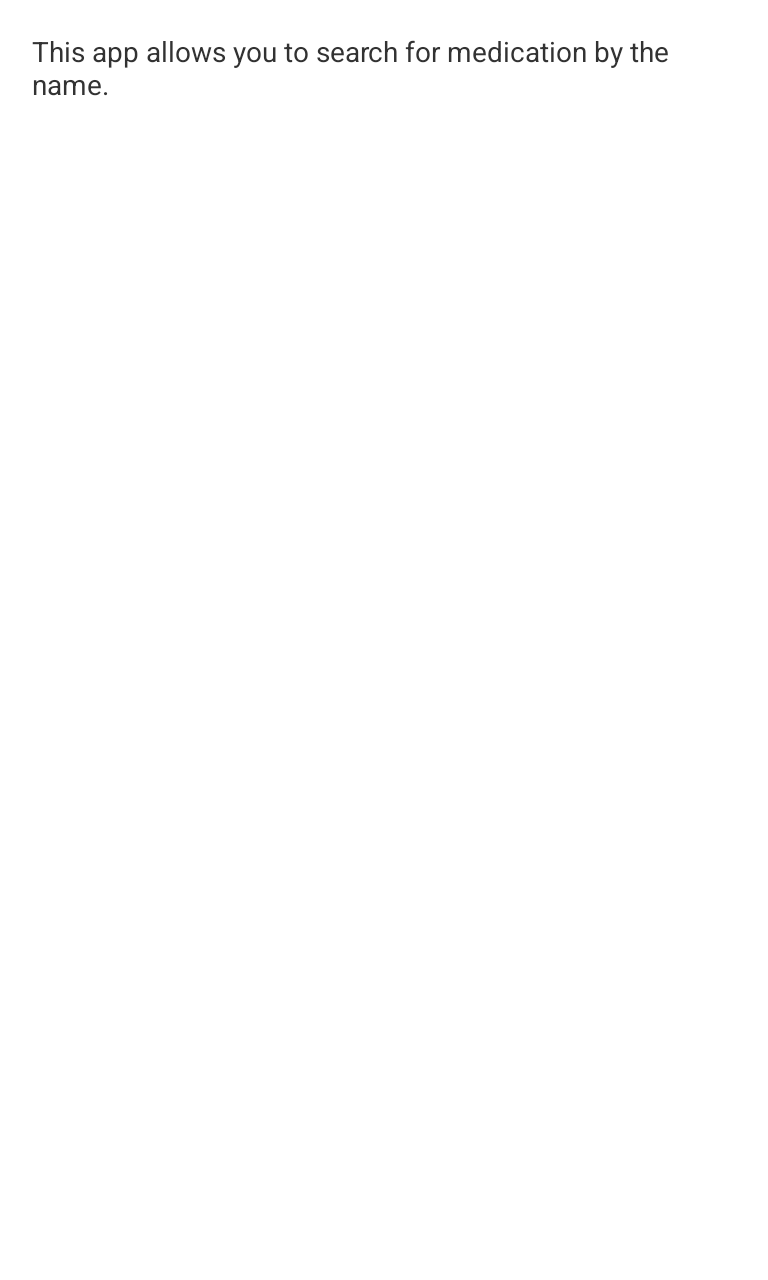
Repository: rosingrr/software-engineering
Layout: app/SympMeds/res/layout/activity_main.xml
An editor plug-in stored every save of this project. The layout is shown before and after the next save, followed by the edit.
It is drawn on a 768 x 1280 px phone screen (xhdpi) without system bars, with theme AppTheme; the app's code is not run.

Above is the layout before, as saved 2013-05-30 14:41:21.

### app/SympMeds/res/layout/activity_main.xml
<RelativeLayout xmlns:android="http://schemas.android.com/apk/res/android"
    xmlns:tools="http://schemas.android.com/tools"
    android:layout_width="match_parent"
    android:layout_height="match_parent"
    android:paddingBottom="@dimen/activity_vertical_margin"
    android:paddingLeft="@dimen/activity_horizontal_margin"
    android:paddingRight="@dimen/activity_horizontal_margin"
    android:paddingTop="@dimen/activity_vertical_margin"
    tools:context=".MainActivity" >

    <TextView
        android:id="@+id/textView1"
        android:layout_width="wrap_content"
        android:layout_height="wrap_content"
        android:text="@string/description" />

</RelativeLayout>

### app/SympMeds/res/values/strings.xml
<?xml version="1.0" encoding="utf-8"?>
<resources>

    <string name="app_name">SympMeds</string>
    <string name="action_settings">Settings</string>
    <string name="description">This app allows you to search for medication by the name.</string>

</resources>

Loaded but not shown: app/SympMeds/res/values/styles.xml (common file); app/SympMeds/res/values-v11/styles.xml (common file); app/SympMeds/res/values-v14/styles.xml (common file); app/SympMeds/res/values/dimens.xml (common file)

After the next save:
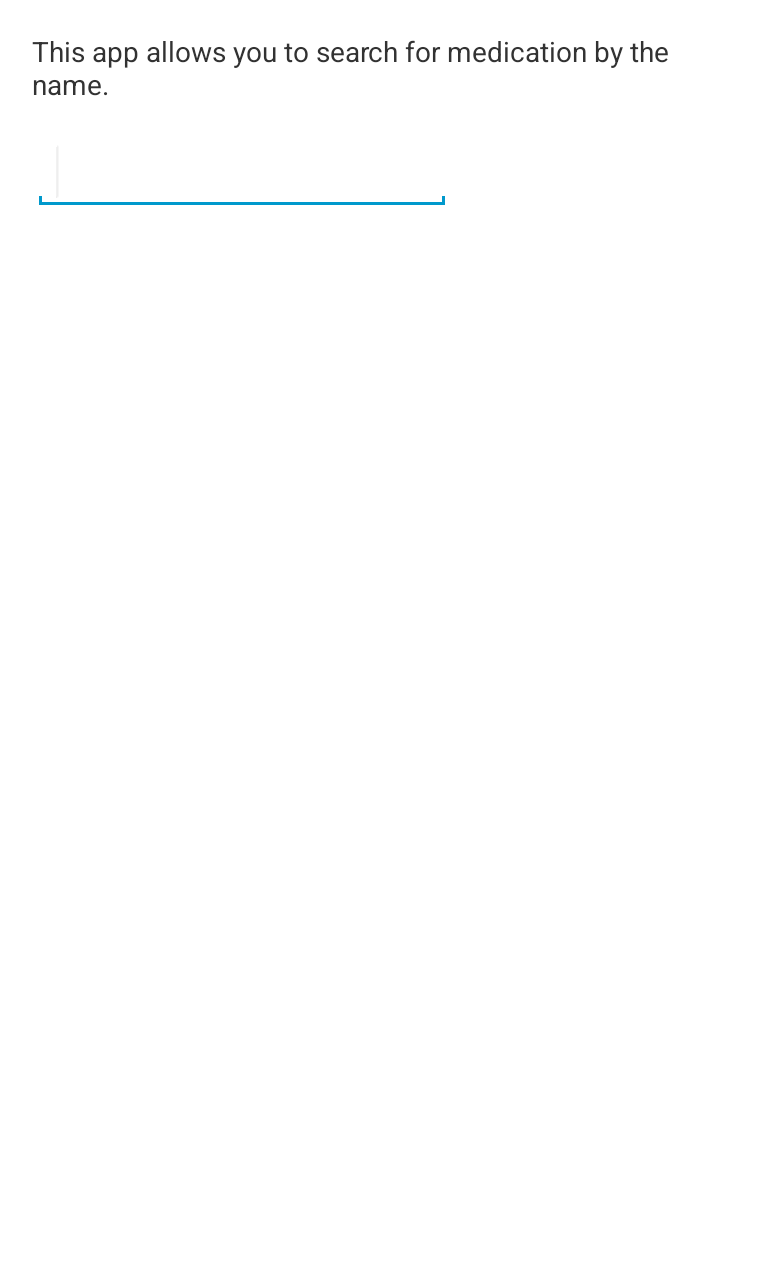
Saved 3 min 21 s later.
--- a/app/SympMeds/res/layout/activity_main.xml
+++ b/app/SympMeds/res/layout/activity_main.xml
@@ -14,4 +14,16 @@
         android:layout_height="wrap_content"
         android:text="@string/description" />
 
+    <EditText
+        android:id="@+id/editText1"
+        android:layout_width="wrap_content"
+        android:layout_height="wrap_content"
+        android:layout_alignLeft="@+id/textView1"
+        android:layout_below="@+id/textView1"
+        android:layout_marginTop="15dp"
+        android:ems="10" >
+
+        <requestFocus />
+    </EditText>
+
 </RelativeLayout>
